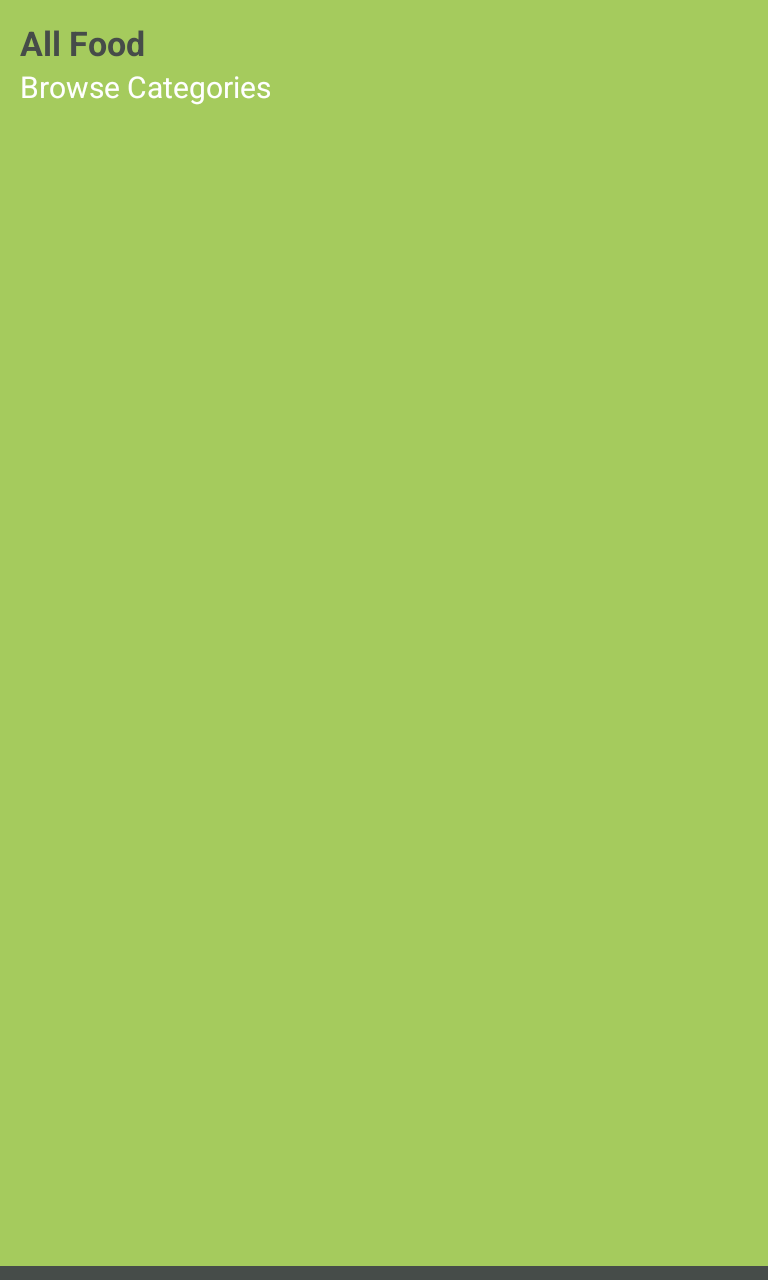
Repository: ShelfLifeApp/ShelfLife-Android
Layout: Implementation/ShelfLifeAndroid/res/layout/listview_header.xml
These files come from the project's save history. The layout is drawn as it stood at one moment and after the next save; the edit follows.
It is drawn on a 768 x 1280 px phone screen (xhdpi) without system bars, with theme Theme.Sherlock.Light; the app's code is not run.

Above is the layout before, as saved 2013-05-13 03:55:57.

After the next save:
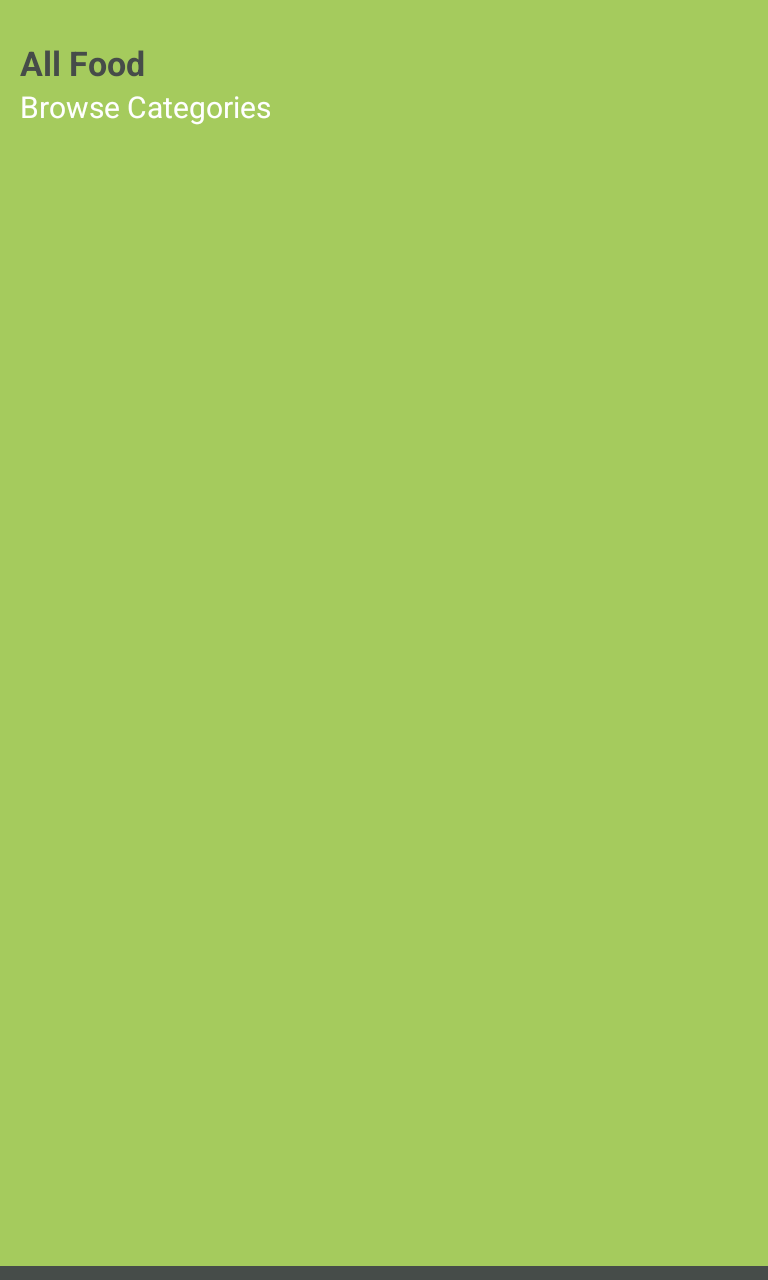
Saved 49 s later.
--- a/Implementation/ShelfLifeAndroid/res/layout/listview_header.xml
+++ b/Implementation/ShelfLifeAndroid/res/layout/listview_header.xml
@@ -21,6 +21,7 @@
 	        android:textSize="17sp"
 	        android:textStyle="bold"
 	        android:textColor="@color/list_header_title_color"
+	        android:layout_marginTop="10dip"
 	    />
 
 	    <TextView
@@ -30,6 +31,7 @@
 	        android:text="Browse Categories"
 	        android:textSize="15sp"
 	        android:textColor="@color/list_header_subtitle_color"
+	        android:layout_marginBottom="10dip"
 	    />
     </LinearLayout>
 

After the 3 saves that followed:
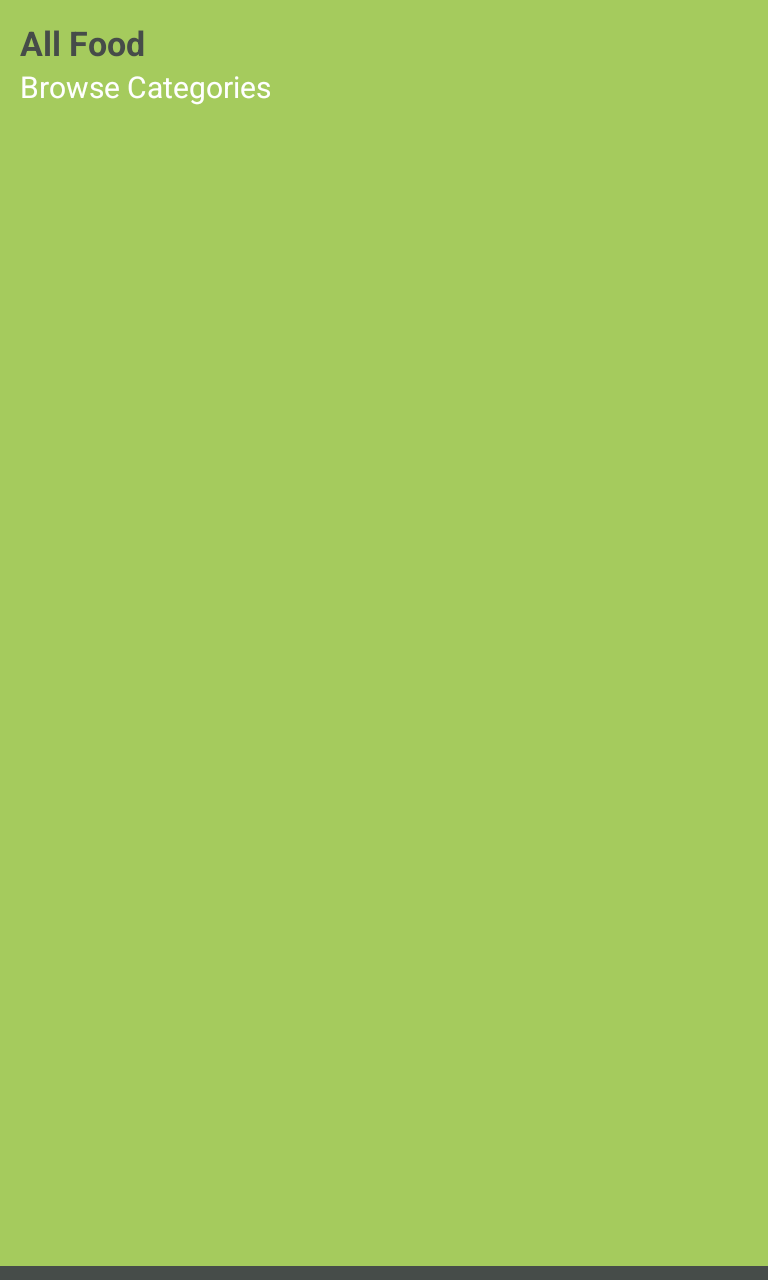
The 3 saves are shown as one change because 2 left the picture as it was.
The last was saved 37 s later.
--- a/Implementation/ShelfLifeAndroid/res/layout/listview_header.xml
+++ b/Implementation/ShelfLifeAndroid/res/layout/listview_header.xml
@@ -21,7 +21,6 @@
 	        android:textSize="17sp"
 	        android:textStyle="bold"
 	        android:textColor="@color/list_header_title_color"
-	        android:layout_marginTop="10dip"
 	    />
 
 	    <TextView
@@ -31,7 +30,6 @@
 	        android:text="Browse Categories"
 	        android:textSize="15sp"
 	        android:textColor="@color/list_header_subtitle_color"
-	        android:layout_marginBottom="10dip"
 	    />
     </LinearLayout>
 
